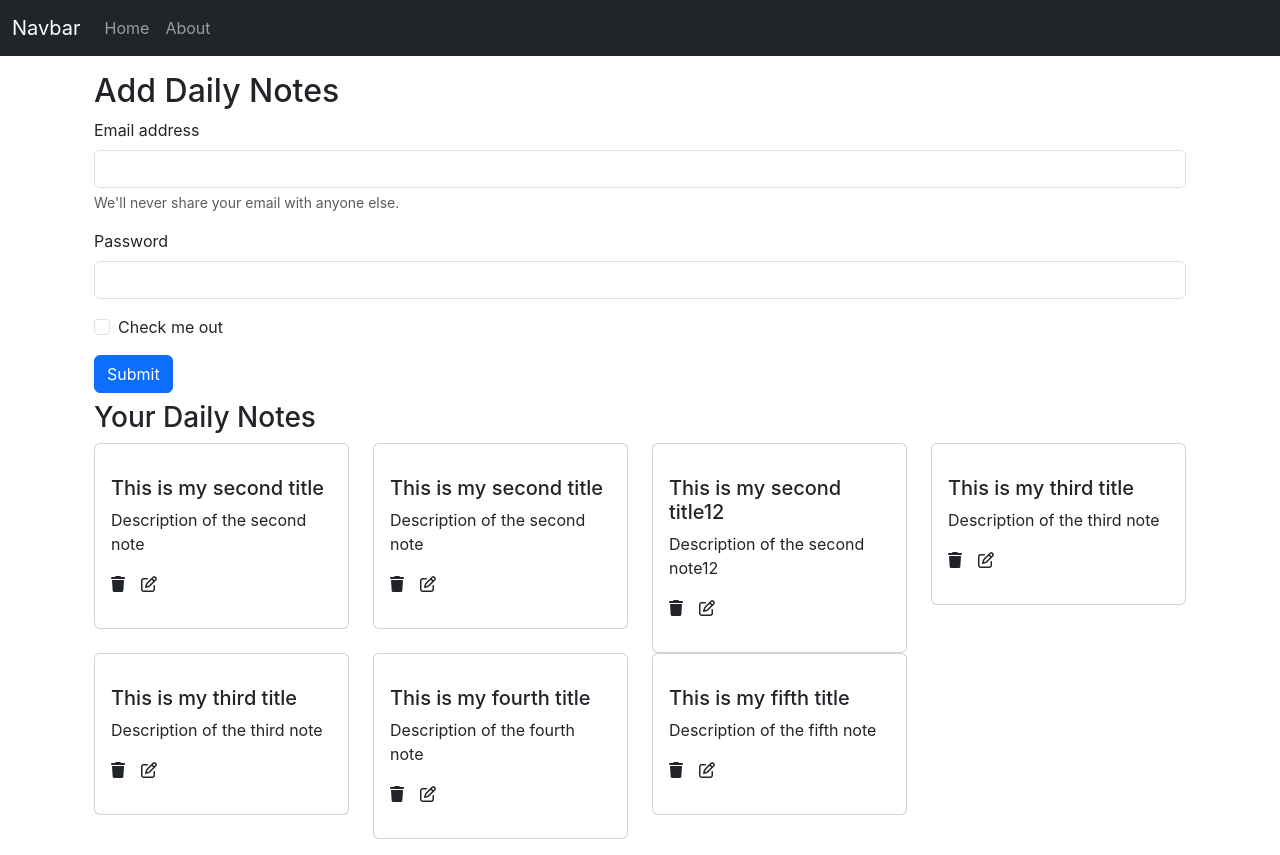
Repository: alphacode77/DailyNotes-react
Page: /
The author's editor kept a copy of each file at every save. The page is drawn from the files as they stood at one save, then again after the next save.
The browser window is 1280 px wide. The pictures show the whole page.
Some web libraries are served in a nearby version. The project was rebuilt for these pictures with package versions that can differ from the ones it lists, and the page was loaded fresh each time. Also part of the build but not shown: src/App.css, src/components/About.js.

Above is the page before, as saved 2023-02-25 22:28:24.

### public/index.html
<!DOCTYPE html>
<html lang="en">
  <head>
    <meta charset="utf-8" />
    <link rel="icon" href="%PUBLIC_URL%/favicon.ico" />
    <meta name="viewport" content="width=device-width, initial-scale=1" />
    <meta name="theme-color" content="#000000" />
    <meta
      name="description"
      content="Web site created using create-react-app"
    />
    <link rel="apple-touch-icon" href="%PUBLIC_URL%/logo192.png" />
    <!--
      manifest.json provides metadata used when your web app is installed on a
      user's mobile device or desktop. See https://developers.google.com/web/fundamentals/web-app-manifest/
    -->
    <link rel="manifest" href="%PUBLIC_URL%/manifest.json" />
    <!--
      Notice the use of %PUBLIC_URL% in the tags above.
      It will be replaced with the URL of the `public` folder during the build.
      Only files inside the `public` folder can be referenced from the HTML.

      Unlike "/favicon.ico" or "favicon.ico", "%PUBLIC_URL%/favicon.ico" will
      work correctly both with client-side routing and a non-root public URL.
      Learn how to configure a non-root public URL by running `npm run build`.
    -->
    <link href="https://cdn.jsdelivr.net/npm/bootstrap@5.3.0-alpha1/dist/css/bootstrap.min.css" rel="stylesheet" integrity="sha384-GLhlTQ8iRABdZLl6O3oVMWSktQOp6b7In1Zl3/Jr59b6EGGoI1aFkw7cmDA6j6gD" crossorigin="anonymous">
    <title>React App</title>
  </head>
  <body>
    <noscript>You need to enable JavaScript to run this app.</noscript>
    <div id="root"></div>
    <!--
      This HTML file is a template.
      If you open it directly in the browser, you will see an empty page.

      You can add webfonts, meta tags, or analytics to this file.
      The build step will place the bundled scripts into the <body> tag.

      To begin the development, run `npm start` or `yarn start`.
      To create a production bundle, use `npm run build` or `yarn build`.
    -->
    <script src="https://cdn.jsdelivr.net/npm/bootstrap@5.3.0-alpha1/dist/js/bootstrap.bundle.min.js" integrity="sha384-w76AqPfDkMBDXo30jS1Sgez6pr3x5MlQ1ZAGC+nuZB+EYdgRZgiwxhTBTkF7CXvN" crossorigin="anonymous"></script>
    <script src="https://kit.fontawesome.com/320aa9be75.js" crossorigin="anonymous"></script>
  </body>
</html>

### src/index.css
body {
  margin: 0;
  font-family: -apple-system, BlinkMacSystemFont, 'Segoe UI', 'Roboto', 'Oxygen',
    'Ubuntu', 'Cantarell', 'Fira Sans', 'Droid Sans', 'Helvetica Neue',
    sans-serif;
  -webkit-font-smoothing: antialiased;
  -moz-osx-font-smoothing: grayscale;
}

code {
  font-family: source-code-pro, Menlo, Monaco, Consolas, 'Courier New',
    monospace;
}


/* Custom Styles */
i{
  cursor: pointer;
}

### src/App.js
import './App.css';
import Navbar from './components/Navbar';
import Home from './components/Home';
import About from './components/About';
import NoteState from './Context/Notes/NoteState';
import {
  BrowserRouter as Router,
  Route,
  Routes
} from "react-router-dom";

function App() {
  return (
    <>
    <NoteState>
    <Router>
      <Navbar/>
    <div className='container'>
    <Routes>
      <Route exact path="/" element={<Home/>} />
      <Route exact path="/home" element={<Home/>} />
      <Route exact path="/about" element={<About/>} />
      {/* <Route exactPath="/navbar" element={<Navbar/>} /> */}
    </Routes>
    </div>
  </Router>
  </NoteState>
    </>

  );
}

export default App;

### src/components/Navbar.js
import React, { useEffect }  from 'react'
import { Link , useLocation} from 'react-router-dom'

const Navbar = ()=>{
  let location = useLocation();
  useEffect(()=>{
console.log(location.pathname)
  },[location])
  return (
     <>
     <nav className="navbar navbar-expand-lg navbar-dark  bg-dark">
  <div className="container-fluid">
    <Link className="navbar-brand" to="/">Navbar</Link>
    <button className="navbar-toggler" type="button" data-bs-toggle="collapse" data-bs-target="#navbarSupportedContent" aria-controls="navbarSupportedContent" aria-expanded="false" aria-label="Toggle navigation">
      <span className="navbar-toggler-icon"></span>
    </button>
    <div className="collapse navbar-collapse" id="navbarSupportedContent">
      <ul className="navbar-nav me-auto mb-2 mb-lg-0">
        <li className="nav-item">
          <Link className={`nav-link  ${location.pathname==="/home"?"active":""}`} aria-current="page" to="/home">Home</Link>
        </li>
        <li className="nav-item">
          <Link className={`nav-link ${location.pathname==="/about"?"active":""}`} to="/about">About</Link>
        </li>
      </ul>
    </div>
  </div>
</nav>
     </>
    )
}

export default Navbar

### src/components/Home.js
import React from "react"
import Notes from "./Notes"

const Home =()=>{

    return(
        <>
        <div className="container my-3">
            <h2> Add Daily Notes</h2>
        <form className="my-2">
  <div class="mb-3">
    <label for="exampleInputEmail1" class="form-label">Email address</label>
    <input type="email" class="form-control" id="exampleInputEmail1" aria-describedby="emailHelp"/>
    <div id="emailHelp" class="form-text">We'll never share your email with anyone else.</div>
  </div>
  <div class="mb-3">
    <label for="exampleInputPassword1" class="form-label">Password</label>
    <input type="password" class="form-control" id="exampleInputPassword1"/>
  </div>
  <div class="mb-3 form-check">
    <input type="checkbox" class="form-check-input" id="exampleCheck1"/>
    <label class="form-check-label" for="exampleCheck1">Check me out</label>
  </div>
  <button type="submit" class="btn btn-primary">Submit</button>
</form>
<Notes/>
</div>

        </>
    )
}

export default Home

### src/Context/Notes/NoteState.js
import React,{useState} from "react";
import NoteContext from "./NoteContext"


const NoteState = (props)=>{
   const initalNotes= [
    {
      "_id": "63f3b6c7c686985aada677be",
      "user": "63f20b9a00ad623ad3d4dae2",
      "title": "This is my second title",
      "description": "Description of the second note",
      "tag": "demo check",
      "date": "2023-02-20T18:07:03.296Z",
      "__v": 0
    },
    {
      "_id": "63f3b892a3086ff244bcc267",
      "user": "63f20b9a00ad623ad3d4dae2",
      "title": "This is my second title",
      "description": "Description of the second note",
      "tag": "demo check",
      "date": "2023-02-20T18:14:42.184Z",
      "__v": 0
    },
    {
      "_id": "63f3b89ca3086ff244bcc26b",
      "user": "63f20b9a00ad623ad3d4dae2",
      "title": "This is my second title12",
      "description": "Description of the second note12",
      "tag": "demo check",
      "date": "2023-02-20T18:14:52.449Z",
      "__v": 0
    },
    {
      "_id": "63f49f58882156f0ed94969e",
      "user": "63f20b9a00ad623ad3d4dae2",
      "title": "This is my third title",
      "description": "Description of the third note",
      "tag": "personal",
      "date": "2023-02-21T10:39:20.800Z",
      "__v": 0
    },
    {
      "_id": "63f49f58882156f0ed94969e",
      "user": "63f20b9a00ad623ad3d4dae2",
      "title": "This is my third title",
      "description": "Description of the third note",
      "tag": "personal",
      "date": "2023-02-21T10:39:20.800Z",
      "__v": 0
    },
    {
      "_id": "63f9002ae5c6479c6e95d43e",
      "user": "63f20b9a00ad623ad3d4dae2",
      "title": "This is my fourth title",
      "description": "Description of the fourth note",
      "tag": "personal",
      "date": "2023-02-24T18:21:30.036Z",
      "__v": 0
    },
    {
      "_id": "63f90b33480d3d651f2ba231",
      "user": "63f20b9a00ad623ad3d4dae2",
      "title": "This is my fifth title",
      "description": "Description of the fifth note",
      "tag": "personal",
      "date": "2023-02-24T19:08:35.605Z",
      "__v": 0
    }
  ]
  const [notes,setNotes]=useState(initalNotes)
    return (
        <NoteContext.Provider value={{notes,setNotes}}>
            {props.children}
        </NoteContext.Provider>

    )
}

export default NoteState;

### src/components/Notes.js
import React,{useContext} from 'react'
import NoteContext from '../Context/Notes/NoteContext'
import Noteitem from "./Noteitem"

function Notes() {
    const context=useContext(NoteContext)
    const{notes,setNotes} = context
  return (
<div className="row my-2">
    <h3>Your Daily Notes</h3>
    {notes.map((notes)=>{
        return <Noteitem note={notes}/>
    })}
</div>
  )
}

export default Notes

### src/Context/Notes/NoteContext.js
import {createContext} from 'react'

const NoteContext = createContext();

export default NoteContext;

### src/components/Noteitem.js
import React from 'react'

const Noteitem=(props)=> {
    const {note}=props
  return (
    <div className='col-md-3'>
        <div className='card'>
            <div className='card-body my-3'>
                <h5 className='card-title'>{note.title}</h5>
                    <p className='card-text'>{note.description}</p>
                    <i class="fa-solid fa-trash"></i>
                    <i class="fa-regular fa-pen-to-square mx-3"></i>
            </div>
        </div>
    </div>
  )
}

export default Noteitem

Loaded but not shown: src/index.js (common file)

After the next save:
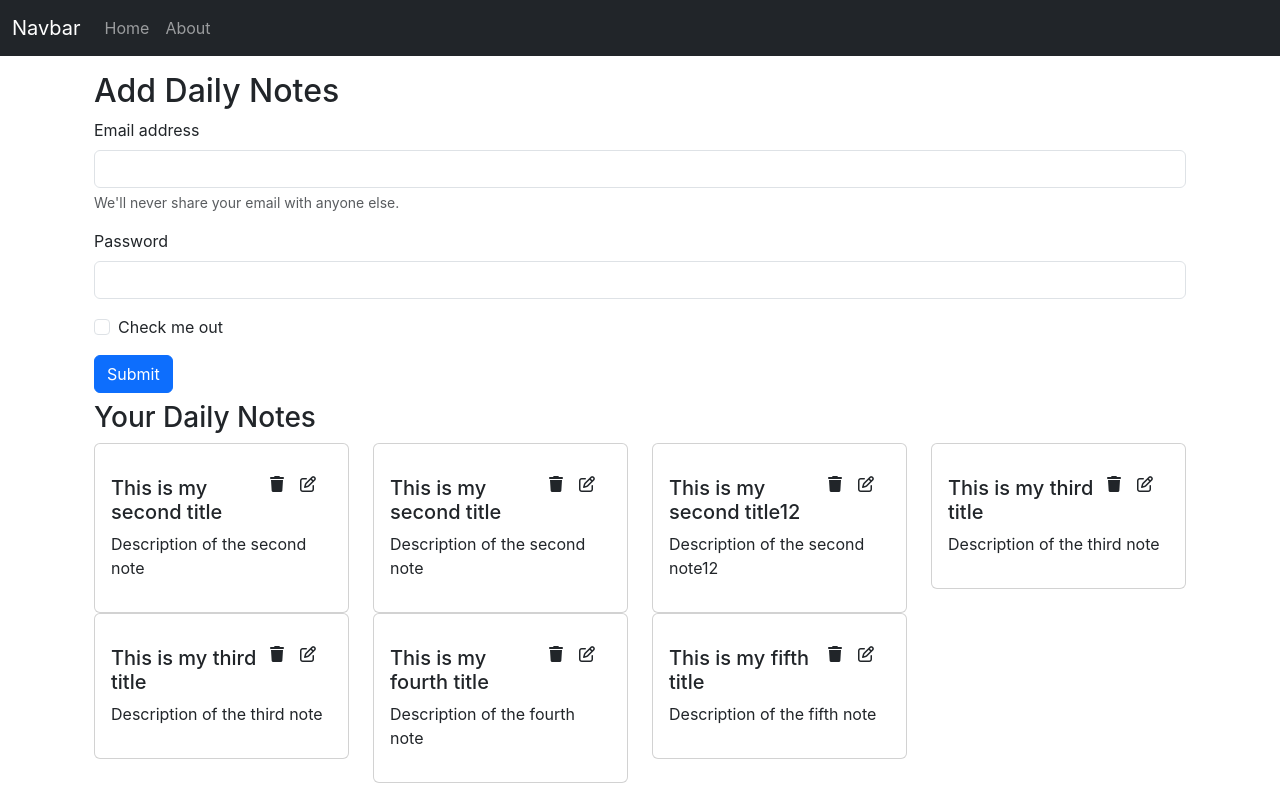
Saved 2 min 16 s later.
--- a/src/components/Noteitem.js
+++ b/src/components/Noteitem.js
@@ -6,10 +6,12 @@ const Noteitem=(props)=> {
     <div className='col-md-3'>
         <div className='card'>
             <div className='card-body my-3'>
-                <h5 className='card-title'>{note.title}</h5>
-                    <p className='card-text'>{note.description}</p>
-                    <i class="fa-solid fa-trash"></i>
-                    <i class="fa-regular fa-pen-to-square mx-3"></i>
+              <div className='d-flex'>
+              <h5 className='card-title'>{note.title}</h5>
+              <i class="fa-solid fa-trash"></i>
+              <i class="fa-regular fa-pen-to-square mx-3"></i>
+              </div>
+                <p className='card-text'>{note.description}</p>
             </div>
         </div>
     </div>
